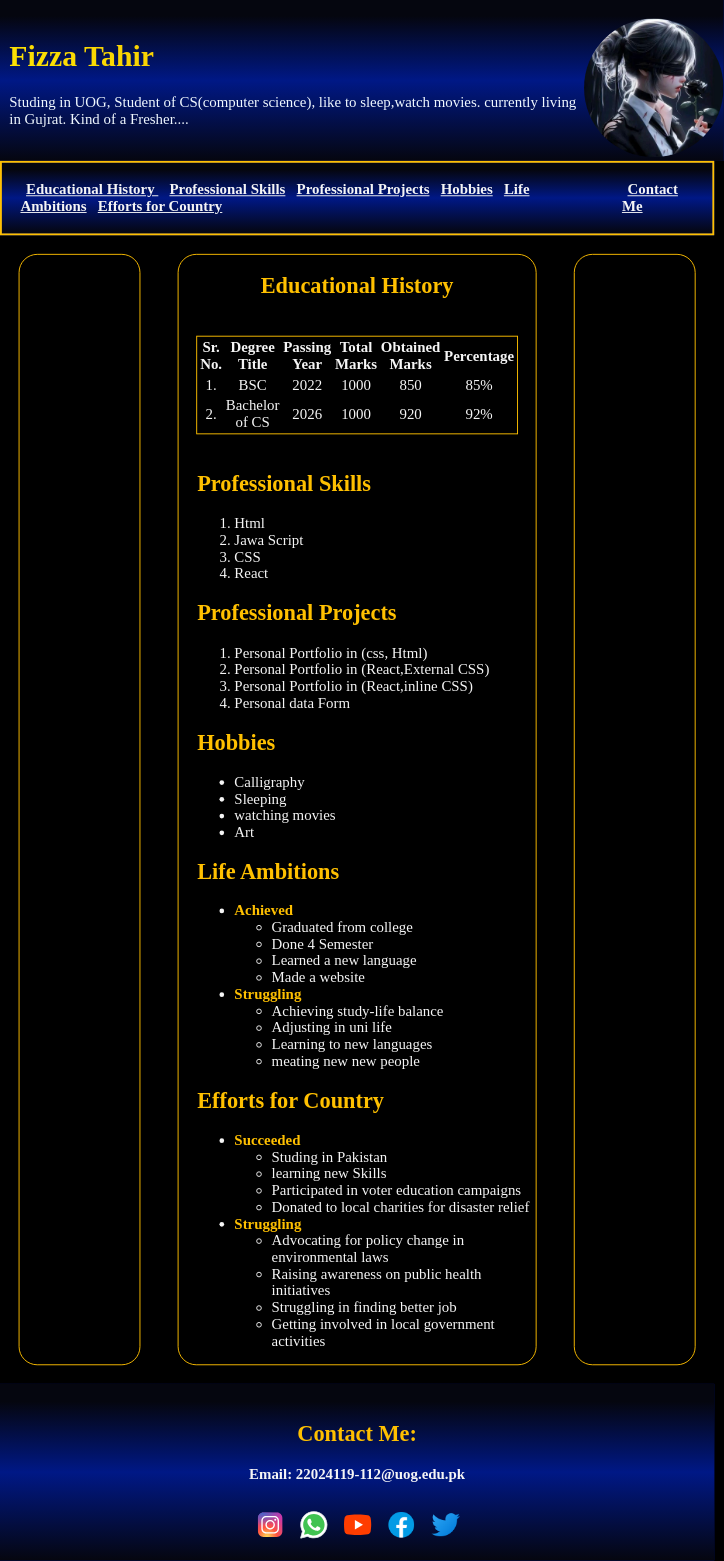
Repository: Fizza-112/project
Page: /
The author's editor kept a copy of each file at every save. The page is drawn from the files as they stood at one save, then again after the next save.
The browser window is 768 px wide. The page is 778 px wide, then 768 px, then 778 px, so the pictures cover 778 px, including what lies to the right of the window. The pictures show the whole page, at 93% of full size.
The project was rebuilt for these pictures with package versions that can differ from the ones it lists, and the page was loaded fresh each time. Also part of the build but not shown: vite.config.ts.

Above is the page before, as saved 2024-09-18 13:22:36.

### src/App.tsx

import "./App.css"
import profileimg from "./assets/WhatsApp Image 2024-09-06 at 9.05.18 AM.jpeg"

import instaimg from "./components/icons8-insta.svg"
import whatsappimg from "./components/icons8-whatsapp.svg"
import youtubeimg from "./components/icons8-youtube.svg"
import facebookimg from "./components/facebook icon.png"
import twitterimg from "./components/twitter.png"

const App = () => {
  return (
    <>
    <header>
    <div> <h1 id='name'><b>Fizza Tahir</b></h1>
    <p id="intro">Studing in UOG, Student of CS(computer science),
    like to sleep,watch movies. currently living in Gujrat. Kind of a Fresher....</p>
    </div>
    <div>
      <img  src={profileimg} alt='image' id="image"/>
    </div>
    </header>

    <nav id="nav">
      <div>
  <a href='#EducationalHistory'>Educational History </a>
  <a href='#ProfessionalSkills'>Professional Skills</a>
  <a href="#ProfessionalProjects">Professional Projects</a>
  <a href="#Hobbies">Hobbies</a>
  <a href="#life-ambitions">Life Ambitions</a>
  <a href="#efforts-for-country">Efforts for Country</a>
  </div>
  <div>
  <a href="#Contact-Me">Contact Me</a>
  </div>
</nav>

<div className="div">
<div id="blank-div"></div>

<div id='main-contant'>

  <div id="EducationalHistory">

    <h2 className='nam'>Educational History</h2>
        <table>
            <thead >
                <tr>
                    <th>Sr. No.</th>
                    <th>Degree Title</th>
                    <th>Passing Year</th>
                    <th>Total Marks</th>
                    <th>Obtained Marks</th>
                    <th>Percentage</th>
                </tr>
            </thead>
            <tbody>
                <tr>
                    <td>1.</td>
                    <td>BSC</td>
                    <td>2022</td>
                    <td>1000</td>
                    <td>850</td>
                    <td>85%</td>
                </tr>
                <tr>
                    <td>2.</td>
                    <td>Bachelor of CS</td>
                    <td>2026</td>
                    <td>1000</td>
                    <td>920</td>
                    <td>92%</td>
                </tr>
            </tbody>
        </table>

  </div>

  <div id="ProfessionalSkills">
<h2 className='nam'>Professional Skills</h2>
<ol>
<li>Html</li>
<li>Jawa Script</li>
<li>CSS</li>
<li>React</li>
</ol>
   </div>

  <div id="ProfessionalProjects">
<h2 className='nam'>Professional Projects</h2>
<ol>
<li>Personal Portfolio in (css, Html)</li>
<li>Personal Portfolio in (React,External CSS)</li>
<li>Personal Portfolio in (React,inline CSS)</li>
<li>Personal data Form</li>
</ol>
   </div>

  <div id="Hobbies">
<h2 className='nam'>Hobbies</h2>
<ul>
<li>Calligraphy</li>
<li>Sleeping</li>
<li>watching movies</li>
<li>Art</li>
</ul>
   </div>

   <div id="life-ambitions">
    <h2 className='nam'>Life Ambitions</h2>
    <ul>
      <li><b className='nam'>Achieved</b></li>
      <ul>
        <li>Graduated from college</li>
        <li>Done 4 Semester </li>
        <li>Learned a new language</li>
        <li>Made a website </li>
      </ul>
      <li><b className='nam'>Struggling</b></li>
      <ul>
        <li>Achieving study-life balance</li>
        <li>Adjusting in uni life</li>
        <li>Learning to new languages</li>
        <li>meating new new people</li>
      </ul>
    </ul>
    </div>

    <div id="efforts-for-country">
    <h2 className='nam'>Efforts for Country</h2>
    <ul>
      <li><b className='nam'>Succeeded</b></li>
      <ul>
        <li>Studing in Pakistan</li>
        <li>learning new Skills</li>
        <li>Participated in voter education campaigns</li>
        <li>Donated to local charities for disaster relief</li>
      </ul>
      <li><b className='nam'>Struggling</b></li>
      <ul>
        <li>Advocating for policy change in environmental laws</li>
        <li>Raising awareness on public health initiatives</li>
        <li>Struggling in finding better job</li>
        <li>Getting involved in local government activities</li>
      </ul>
    </ul>
  </div>

  </div>
  <div id="end"></div>
  </div>

<div id="Contact-Me">
  <footer id='footer'>
<h2 className='con'>Contact Me: </h2>
<h4> Email: 22024119-112@uog.edu.pk</h4>
<div id="logo">
  <a href="https://www.instagram.com/" target='_blank'><img src={instaimg} alt='icon' className='icons'></img></a>
  <a href="https://web.whatsapp.com/" target='_blank'><img src={whatsappimg} alt='icon' className='icons'></img></a>
  <a href="https://www.youtube.com/" target='_blank'><img src={youtubeimg} alt='icon' className='icons'></img></a>
  <a href="https://www.facebook.com/login/?next=https%3A%2F%2Fwww.facebook.com%2F" target='_blank'><img src={facebookimg} alt='icon' className='icons'></img></a>
  <a href="https://twitter.com/i/flow/login" target='_blank'><img src={twitterimg} alt='icon' className='icons'></img></a>

</div>
  </footer>
  </div>
    </>
  )
}

export default App

### src/App.css
body{
  margin: 0px;
  padding: 0px;

  /* background-color:bisque;
  background-image: linear-gradient(19deg, bisque 0%, #989fff 100%);
   */
   /* background-color:bisque;
background-image: linear-gradient(62deg, bisque 0%, #945cfd 100%); */
/* background-color: #001886;
background-image: linear-gradient(43deg, #001886 0%, #05060f 46%, #001886  100%); */
background-color:black;



}
header{
  display: flex;
  align-items: center;
  justify-content: center;
  width: 100%;
  color:aliceblue;
  background-color: #001886;
  background-image: linear-gradient(180deg, #05060f 10%,#001886   50%, #05060f 100%);
/* background-image: linear-gradient(43deg, #001886 0%, #05060f 46%, #001886  100%);  */
}
@media (max-width: 768px){
header{
  display: flex;
  align-items: center;
  justify-content: center;
  width: 100%;
  color:aliceblue;
  background-color: #001886;
  background-image: linear-gradient(180deg, #05060f 10%,#001886   50%, #05060f 100%);
/* background-image: linear-gradient(43deg, #001886 0%, #05060f 46%, #001886  100%);  */
max-width: 768px;
padding-left: 10px;
}
}

#name{
  /*
  /* color:#880808;
  color:#ffc000; */
  background: -webkit-linear-gradient(62deg, #fde403 0%, #efa400 100%);
  -webkit-background-clip: text;
  -webkit-text-fill-color: transparent;

}
#image{
  width: 150px;
  margin-left: auto !important; /* This pushes the image to the right */
  border-radius: 50%;
  margin-top: 20px;

}
#nav{
  display: flex;
  align-items:center;
  justify-content: space-between;
   padding: 20px;
   background-color:  #001886;
   background-image: linear-gradient(180deg, #05060f 10%,#001886   50%, #05060f 100%);
   /* background-image: linear-gradient(180deg, #001886 10%, #05060f 50%, #001886  100%); */
   /* background-color: #001886;
   background-image: linear-gradient(43deg, #001886 0%, #05060f 46%, #001886  100%);  */


  border: 2px solid #ffc000;
}

.div{
  display: flex;


}
#blank-div{
width: 25%;
border: 1px solid #ffc000 ;
                    /*    left box contant border */
margin: 20px;
border-radius:20px;
}
#main-contant{
  width: 50%;
  border: 1px solid #ffc000;      /*center contant border*/
  margin: 20px;
border-radius:20px;
}
#end{
  width: 25%;
  border: 1px solid #ffc000;     /*right contant border*/

  margin: 20px;
  border-radius:20px;

}
a{
  color:whitesmoke;
  margin: 6px;
  font-weight: 600;
}


table{
  border: 1px solid #ffc000;       /*table border*/
  justify-content:center;
  align-items:center;
  text-align: center;
 width: 90%;
  margin: 20px;


}
#EducationalHistory{
  color:whitesmoke;
  width:100%;
  display:flex;
  flex-direction: column;
  justify-content: center;
  align-items:center;
}
#ProfessionalSkills{
  margin-left: 20px;
  color:whitesmoke;
}
#ProfessionalProjects{
  margin-left: 20px;
  color:whitesmoke;
}
#Hobbies{
  margin-left: 20px;
  color:whitesmoke;
}
#life-ambitions{
  margin-left: 20px;
  color:whitesmoke;
}
#efforts-for-country{
  margin-left: 20px;
  color:whitesmoke;
}
.nam{
  color:#ffc000;
}
.con{
 color:#ffc000;

}
#footer{
  text-align: center;
  background-color:  #001886;
background-image: linear-gradient(180deg, #05060f 10%,#001886   50%, #05060f 100%);
/*
  background-color: #001886;
  background-image: linear-gradient(43deg, #001886 0%, #05060f 46%, #001886  100%);  */

  color:whitesmoke;
  margin: 20px, 0px 0px, 0px;
  padding:20px;

  height: 150px;

}
#logo{
  display: flex;
  justify-content: center;
  align-items:center;
}
.icons{
  width: 35px;
  height: auto;
}

Loaded but not shown: index.html (common file); src/main.tsx (common file); src/index.css (no stored copy; drawn as an empty file)

After the next save:
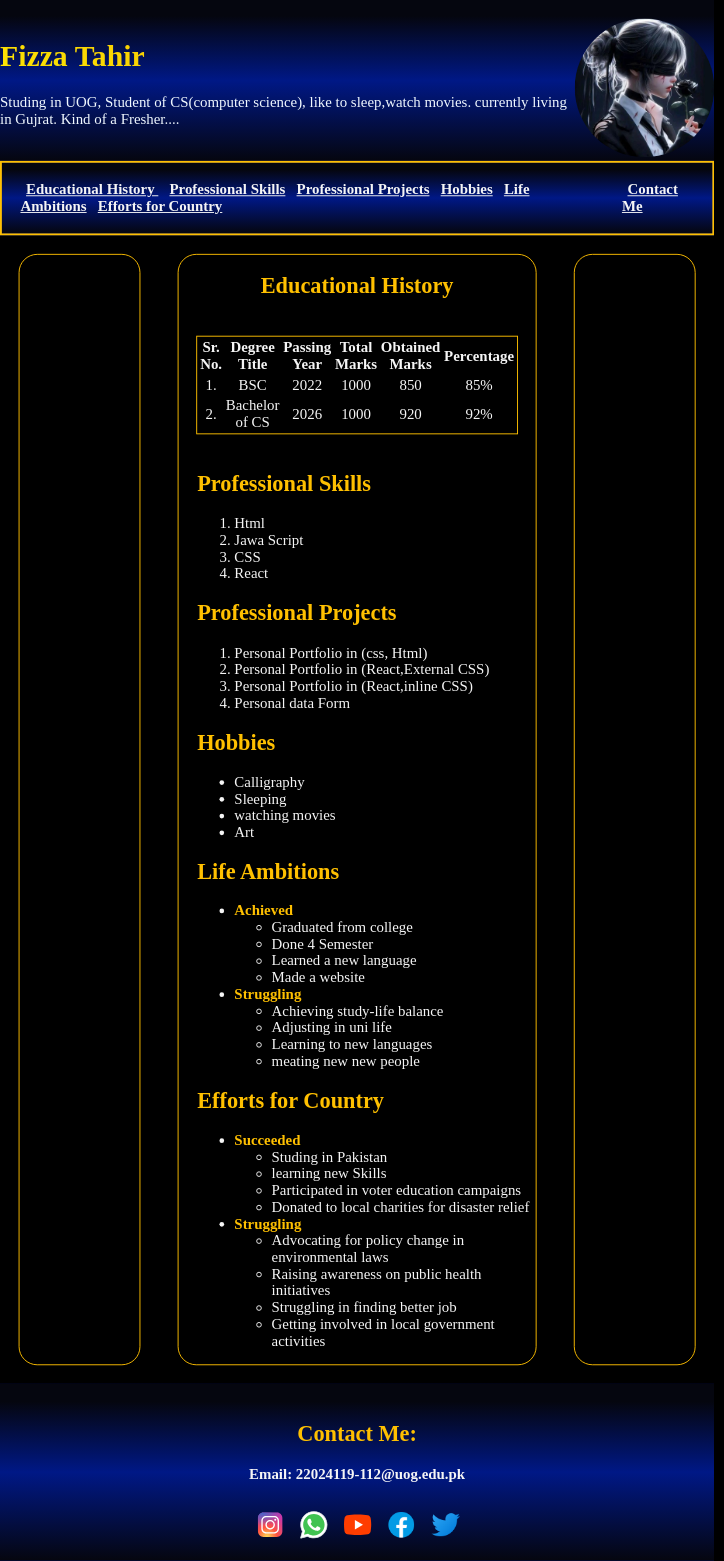
Saved 35 s later.
--- a/src/App.css
+++ b/src/App.css
@@ -35,7 +35,7 @@
   background-image: linear-gradient(180deg, #05060f 10%,#001886   50%, #05060f 100%);
 /* background-image: linear-gradient(43deg, #001886 0%, #05060f 46%, #001886  100%);  */
 max-width: 768px;
-padding-left: 10px;
+
 }
 }
 

After the save that followed:
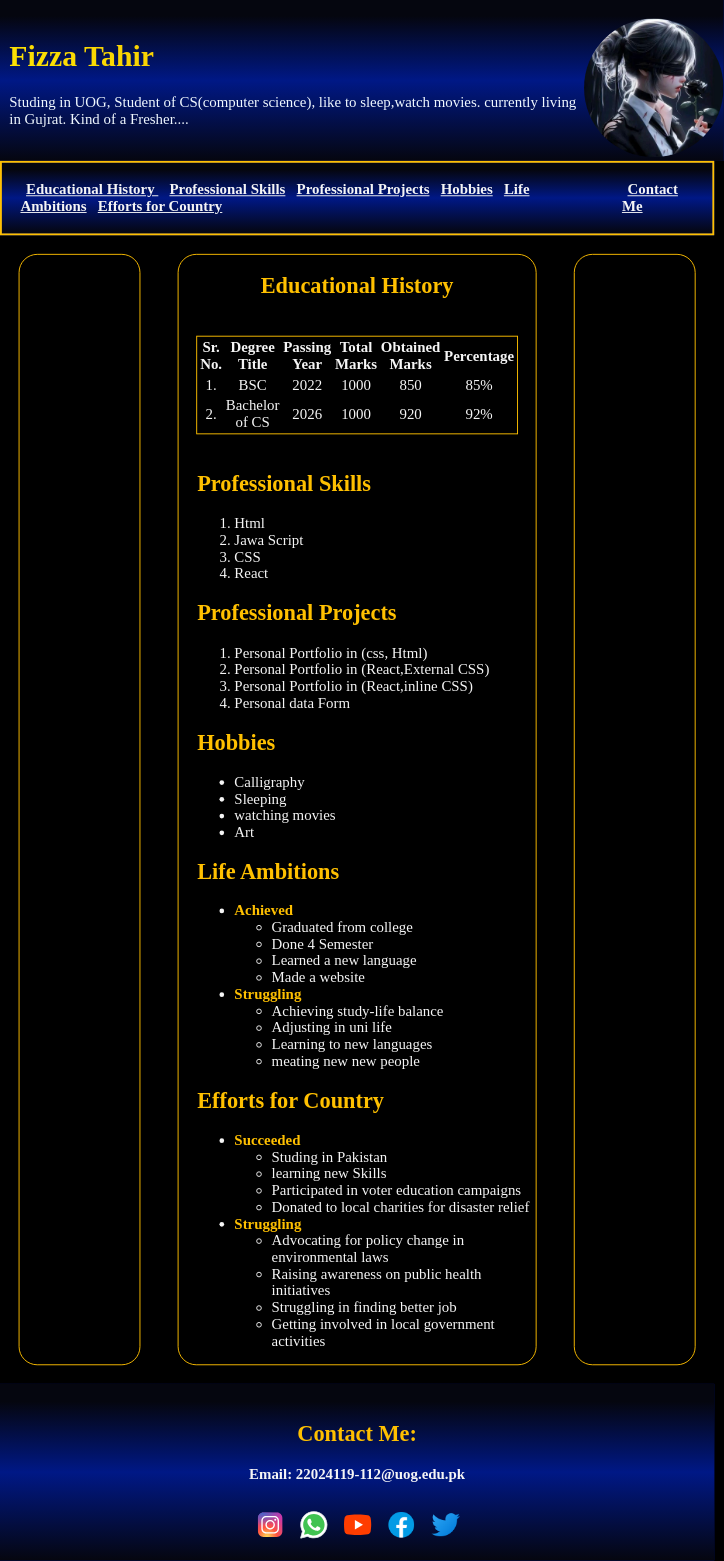
Saved 39 s later.
--- a/src/App.css
+++ b/src/App.css
@@ -35,7 +35,7 @@
   background-image: linear-gradient(180deg, #05060f 10%,#001886   50%, #05060f 100%);
 /* background-image: linear-gradient(43deg, #001886 0%, #05060f 46%, #001886  100%);  */
 max-width: 768px;
-
+padding-left: 10px;
 }
 }
 
